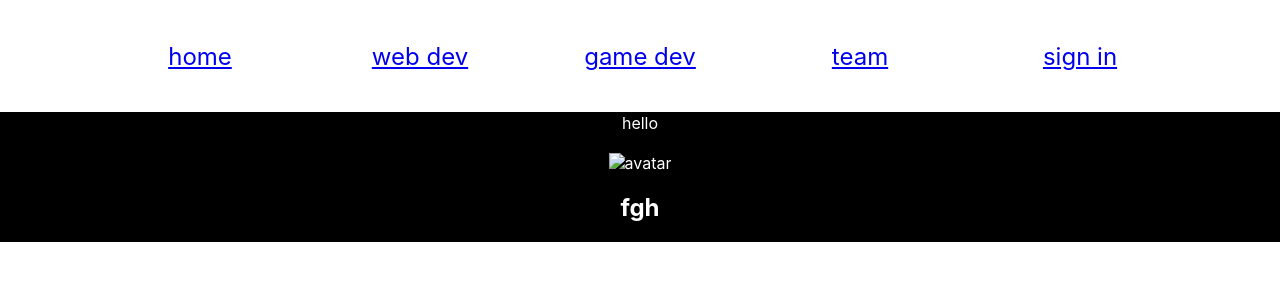
Repository: romAtam/5778
Page: /team
The author's editor kept a copy of each file at every save. The page is drawn from the files as they stood at one save, then again after the next save.
The browser window is 1280 px wide. The pictures show the whole page.
The page's requests for data from a server got no answer. The project was rebuilt for these pictures with package versions that can differ from the ones it lists, and the page was loaded fresh each time. No one was signed in, and anything a server would have sent is missing. Also part of the build but not shown: src/Pages/Home.js, src/Pages/Game.js, src/Pages/Web.js, src/Pages/Signin.js.

Above is the page before, as saved 2021-12-11 13:42:30.

### src/index.js
import React from 'react';
import ReactDOM from 'react-dom';
import './index.css';
import App from './App';

import {BrowserRouter as Router} from "react-router-dom"
ReactDOM.render(
  <React.StrictMode>
    <Router>
       <App />
    </Router>

  </React.StrictMode>,
  document.getElementById('root')
);

### src/App.js

import './App.css';
import Nav from './Nav'
import {Routes,Route} from "react-router-dom"
import Home from "./Pages/Home"
import Game from "./Pages/Game"
import Web from "./Pages/Web"
import Team from "./Pages/Team"
import Signin from "./Pages/Signin"
function App() {
  return (
    <div className="App">
<Nav/>
<Routes>
  <Route path="/" element={<Home/>}/>
  <Route path="/game" element={<Game/>}/>
  <Route path="/web" element={<Web/>}/>
  <Route path="/team" element={<Team/>}/>
  <Route path="/signin" element={<Signin/>}/>
</Routes>



    </div>
  );
}

export default App;

### src/Nav.js
import React from 'react'
import{Link} from "react-router-dom"
import styled from "styled-components"

const NavContainer=styled.div`
display: grid;
grid-gap:20px;
justify-content:center;
align-items:center;
height:80px;
font-size:1.5rem;
padding:1rem 2rem;
border-bottom: 1px solid #000;
grid-template-columns: repeat(5,minmax(100px,200px));
@media (max-width: 768px){
    grid-template-columns: 1fr;
    height:100vh;
    max-height:800px ;
}

`
const Nav = () => {



    return (
        <NavContainer>
               <Link to="/">home</Link>
               <Link to="/web">web dev</Link>
               <Link to="/game">game dev</Link>
               <Link to="/team">team</Link>
               <Link to="/signin">sign in</Link>
        </NavContainer>
    )
}

export default Nav

### src/Pages/Team.js
import React,{useState,useEffect} from 'react'
import styled from "styled-components";

export const TeamContainer=styled.div`
display:grid ;
grid-gap:20px ;
grid-template-columns:repeat(auto-fit,1fr) ;
justify-content:center ;
align-items:center ;
background-color:black;
color: white ;
`

const Team = () => {
    const[team,setTeam]=useState([{login:"fgh"}]);
    useEffect(() =>{
       const fetchTeam=async()=>{
    const teamJson=await fetch("https://api.github.com/users");
    const data=await teamJson.json()

    setTeam(data)
        console.log(data);
}
fetchTeam()

    }

    ,[])
    return (
        <TeamContainer>
            hello
           {team.map(user=>(
               <div key={user.login}>
                   <img width='300' src={user.avatar_url} alt="avatar" />
                   <h2>{user.login}</h2>
               </div>
           ))}
        </TeamContainer>
    )
}

export default Team

Loaded but not shown: public/index.html (common file); src/index.css (common file); src/App.css (common file)

After the next save:
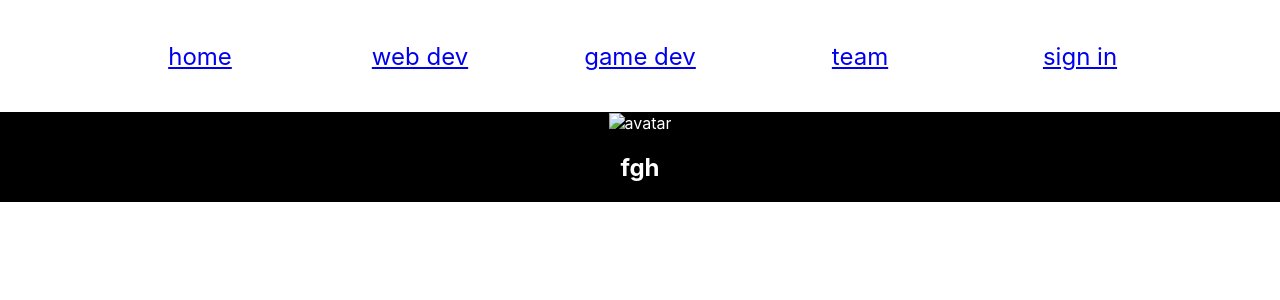
Saved 38 s later.
--- a/src/Pages/Team.js
+++ b/src/Pages/Team.js
@@ -28,10 +28,10 @@ fetchTeam()
     ,[])
     return (
         <TeamContainer>
-            hello
+
            {team.map(user=>(
                <div key={user.login}>
-                   <img width='300' src={user.avatar_url} alt="avatar" />
+                   <img width='200' src={user.avatar_url} alt="avatar" />
                    <h2>{user.login}</h2>
                </div>
            ))}
